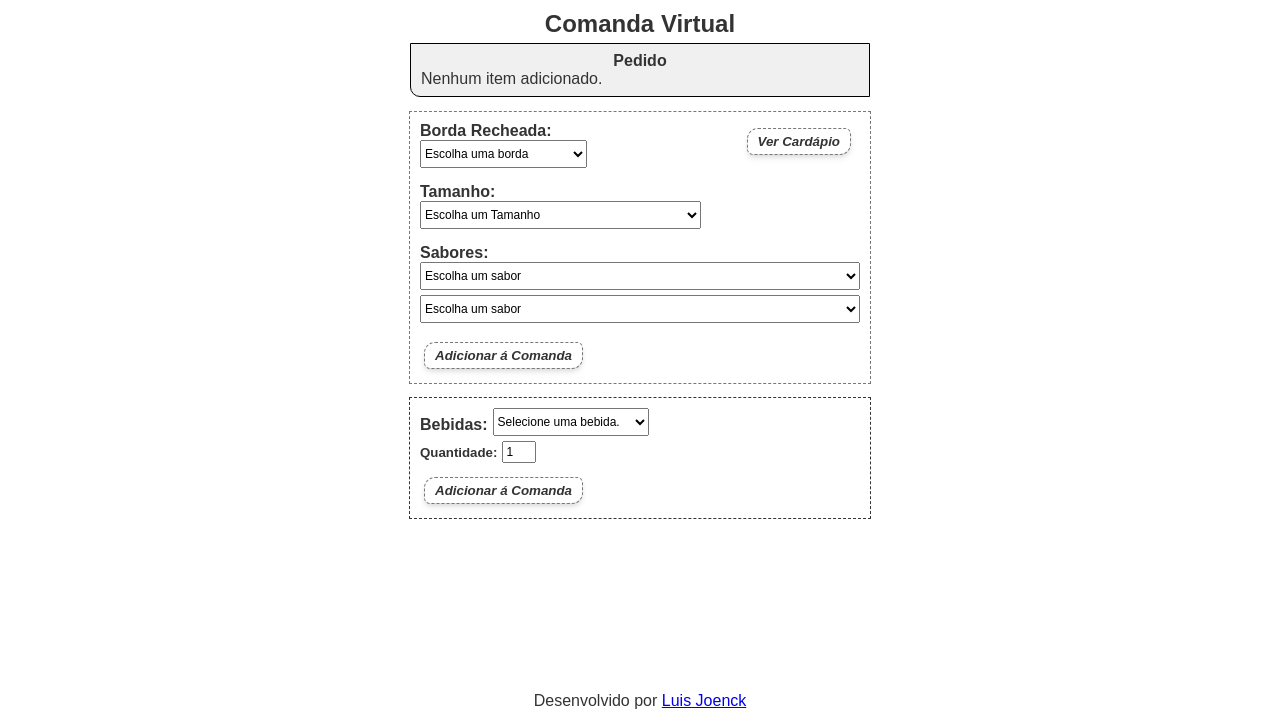
Repository: Joenck91/front-comanda-virtual
Page: index.html
The author's editor kept a copy of each file at every save. The page is drawn from the files as they stood at one save, then again after the next save.
The browser window is 1280 px wide. The pictures show the whole page.

Above is the page before, as saved 2025-10-05 15:01:28.

After the next save:
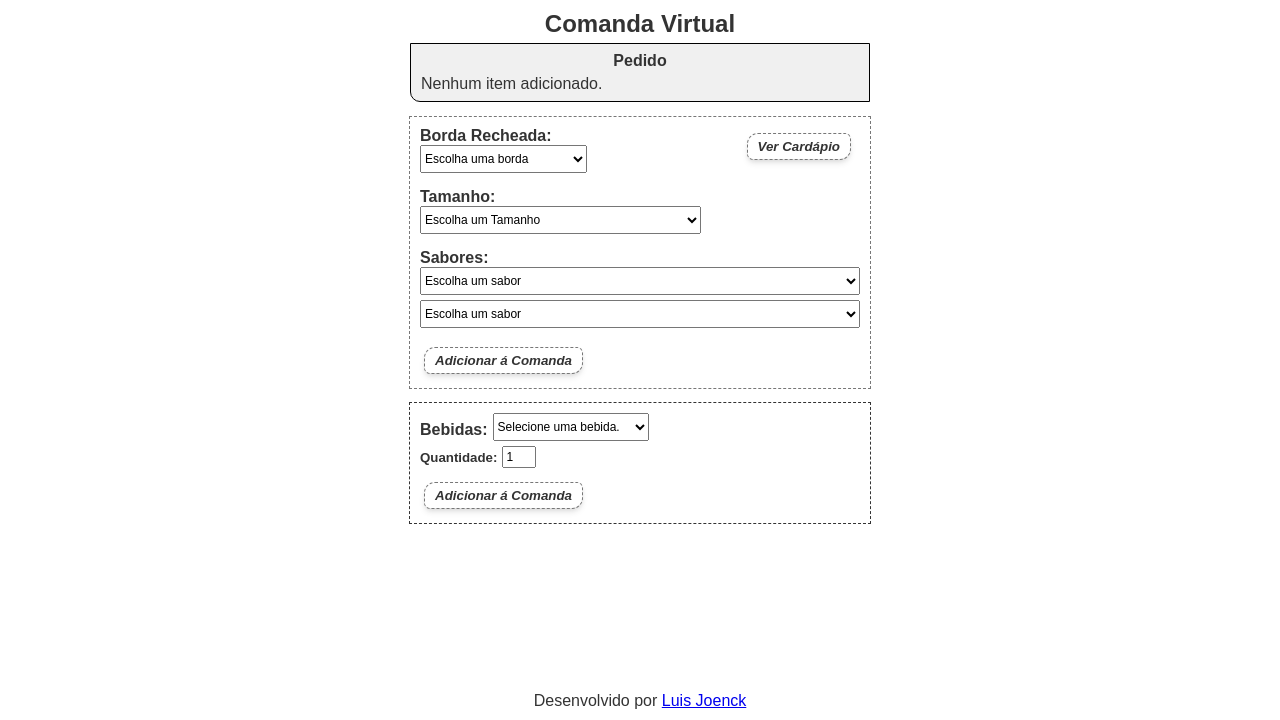
Saved 5 s later.
--- a/style/layout.css
+++ b/style/layout.css
@@ -18,7 +18,7 @@
 .command-box h4{
     width: 100% ;
     text-align: center;
-}
+    margin-bottom: 5px;}
 .ordered-item{
     border: 1px dashed #333;
     padding: 5px;
